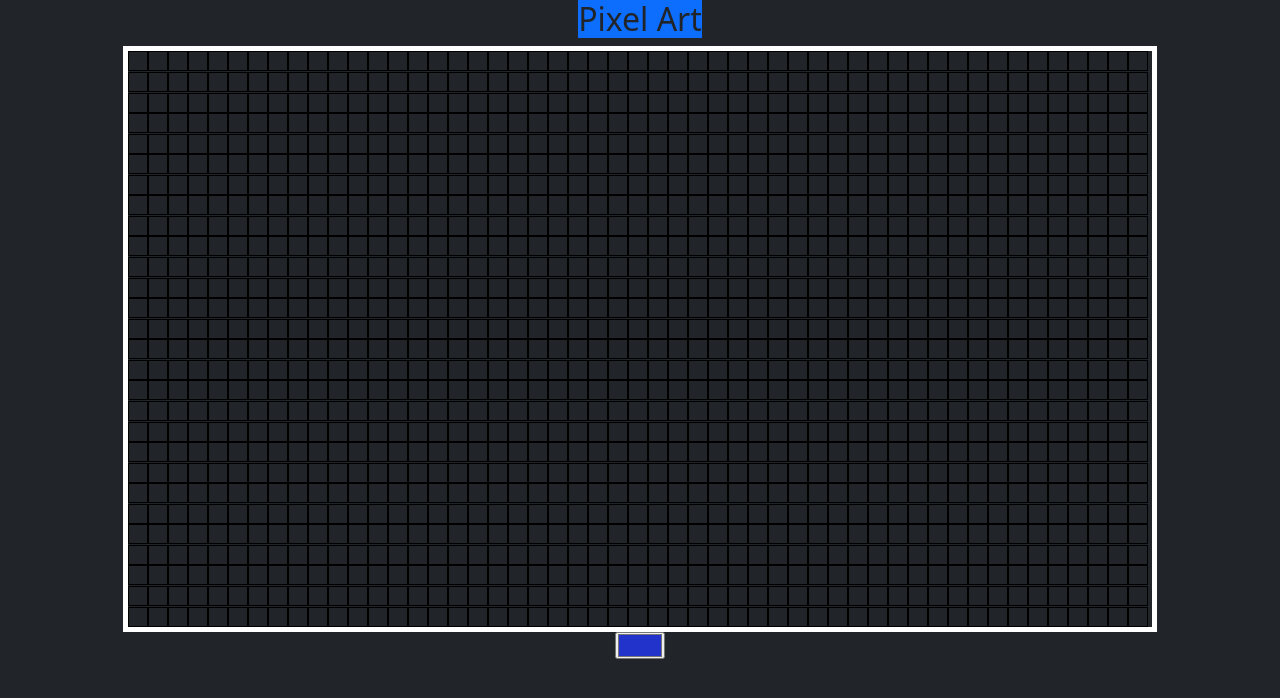
Repository: bechara611/pixelartdb
Page: /
An editor plug-in stored every save of this project. The page is shown before and after the next save, followed by the edit.
The browser window is 1280 px wide. The pictures show the whole page.
Some web libraries are served in a nearby version. The project was rebuilt for these pictures with package versions that can differ from the ones it lists, and the page was loaded fresh each time. Also part of the build but not shown: vite.config.js.

Above is the page before, as saved 2023-03-07 13:46:43.

### index.html
<!DOCTYPE html>
<html lang="en">
  <head>
    <meta charset="UTF-8" />
    <link rel="icon" type="image/svg+xml" href="/vite.svg" />
    <meta name="viewport" content="width=device-width, initial-scale=1.0" />
    <title>Vite + React</title>
    <script src="https://kit.fontawesome.com/97523890ec.js" crossorigin="anonymous"></script>
    <link rel="stylesheet" href="https://cdnjs.cloudflare.com/ajax/libs/font-awesome/6.3.0/css/all.min.css">
  </head>
  <body>
    <div id="root"></div>
    <script type="module" src="/src/main.jsx"></script>
  </body>
</html>

### src/main.jsx
import React from 'react'
import ReactDOM from 'react-dom/client'
import App from './App'
import 'bootstrap/dist/css/bootstrap.min.css'
import 'bootstrap/dist/js/bootstrap.bundle.js'

ReactDOM.createRoot(document.getElementById('root')).render(

    <App />

)

### src/App.jsx

import { useEffect, useState } from 'react'
import './App.css'
import { SelectableGroup } from 'react-selectable-fast'
import { Pixel } from './Pixel'

const App = () => {
  const [pixels, setPixels] = useState([])
  const [isSelecting, setIsSelecting] = useState(false)
  const [startIndex, setStartIndex] = useState(null)
  const [colorActual, setcolorActual] = useState('#2233cc')

  useEffect(() => {
    let contenedor = document.getElementById('contenedor')
    let divsAloAlto = Math.floor(contenedor.offsetHeight / 20)
    let divsAlOancho = Math.floor(contenedor.offsetWidth / 20);
    //para saber cuantos divs necesita un contenedor multiplica el numero de divs a lo alto * el numero de divds a lo ancho
    setPixels(Array.from({ length: divsAloAlto * divsAlOancho }, () => { return { active: false, color: colorActual } }))

  }, [])

  const funcionArray = (index) => {
    let nuevoArray = [...pixels]
    nuevoArray[index] = { active: true, color: colorActual }
    setPixels(nuevoArray)
  }

  useEffect(() => {
    //console.log({ pixels })
  }, [pixels])

  const onMouseDown = (index) => {
    setIsSelecting(true);
    setStartIndex(index)
    // console.log('onMouseDown')
  }


  const onMouseOver2 = (index) => {
    if (isSelecting) {
      const pixelsupdated = [...pixels]
      pixelsupdated[index] = { ...pixelsupdated[index], active: true, color: colorActual }

      setPixels(pixelsupdated)

    }
    // console.log('onMouseOver')
  }
  const onMouseUp2 = (index) => {
    setIsSelecting(false)

  }
  return (
    <>
      <div className="bg-dark fondo">
        <div className="col-12 contenedor-05 ">
          <div className="contenedor-mayor header">
            <h2 className='bg-primary'>Pixel Art</h2>

          </div>
        </div>
        <div className="contenedor-mayor ">
          <div className="contorno">
            <div className="contenedor " id='contenedor'>

              {

                pixels.map((a, index) => {
                  return <Pixel key={index}
                    color={a.color}
                    active={a.active}
                    funcion={() => funcionArray(index)}
                    onMouseDown={() => { onMouseDown(index) }}
                    onMouseUp={() => { onMouseUp2(index) }}
                    onMouseOver={() => { onMouseOver2(index) }}
                  ></Pixel>
                })

              }

            </div>
          </div>
        </div>
        <div className="col-12 contenedor-06 ">
          <div className="contenedor-mayor header">

            <input type="color" value={colorActual}  onChange={(e) => { setcolorActual(e.target.value) }} />
          </div>
        </div>
      </div>
    </>
  )
}

export default App

### src/App.css
.fondo{
  height: 100vh;

}

.contorno{
  border: 5px solid white;
}

.contenedor-mayor{
  display: flex;
  flex-direction: row;
  justify-content: center;
  justify-self: center;
  align-items: center;

}
.contenedor-mayor2{
  width: 80vw;
  align-self: center;
  display: flex;
  flex-direction: row;
  justify-content: space-between;
}

.contenedor-05{
  display: flex;
  flex-direction: row;
  justify-content: center;
}

.pixel {
  width: 20px;
  height: 20px;
  border: 1px solid rgb(0, 0, 0);

  box-sizing: border-box;

}

.active {
background: transparent;
}

.contenedor {

  display: flex;
  flex-direction: row;
  flex-wrap: wrap;
  width: 80vw;
  height: 80vh;
  max-width: 80vw;
  max-height: 80vh;



}

### src/Pixel.jsx
import React, { useState } from 'react'
import './App.css'
import {selectableGroup, createSelectable} from 'react-selectable-fast'
export const Pixel = (props) => {
    const [isActive, setisActive] = useState(false)
  return (

 <div className={`pixel ${props.active ? 'active' : ''}`} style={{ background:props.active ? props.color : ''}}
 onClick={()=>{
    setisActive(!isActive)
    props.funcion();
}}
onMouseDown={()=>{props.onMouseDown()}}
onMouseUp={()=>{props.onMouseUp()}}
onTouchEnd={()=>{props.onMouseUp()}}
onMouseOver={()=>{props.onMouseOver()}}
onTouchStart={()=>{{
    props.onMouseDown()
    props.onMouseOver()}}}
 >

 </div>
  )
}

After the next save:
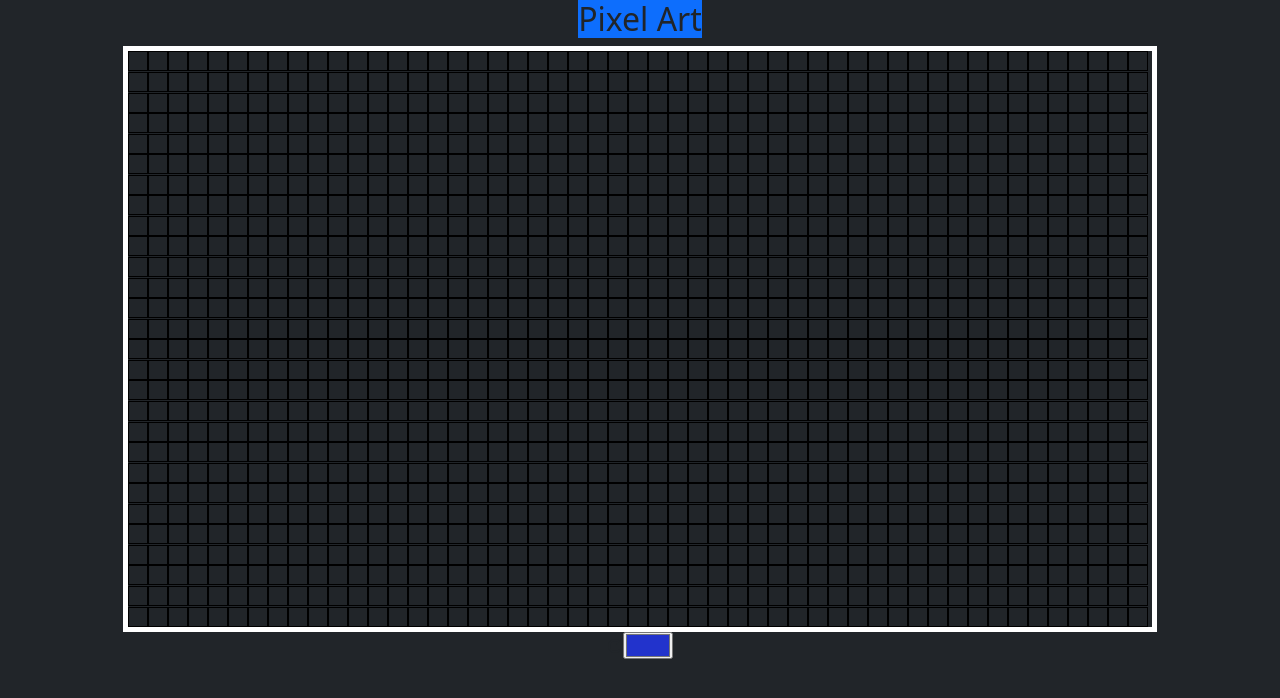
Saved 88 s later.
--- a/src/App.jsx
+++ b/src/App.jsx
@@ -83,7 +83,7 @@ const App = () => {
         </div>
         <div className="col-12 contenedor-06 ">
           <div className="contenedor-mayor header">
-
+          <i className="fa-solid fa-arrow-rotate-right"></i>
             <input type="color" value={colorActual}  onChange={(e) => { setcolorActual(e.target.value) }} />
           </div>
         </div>
